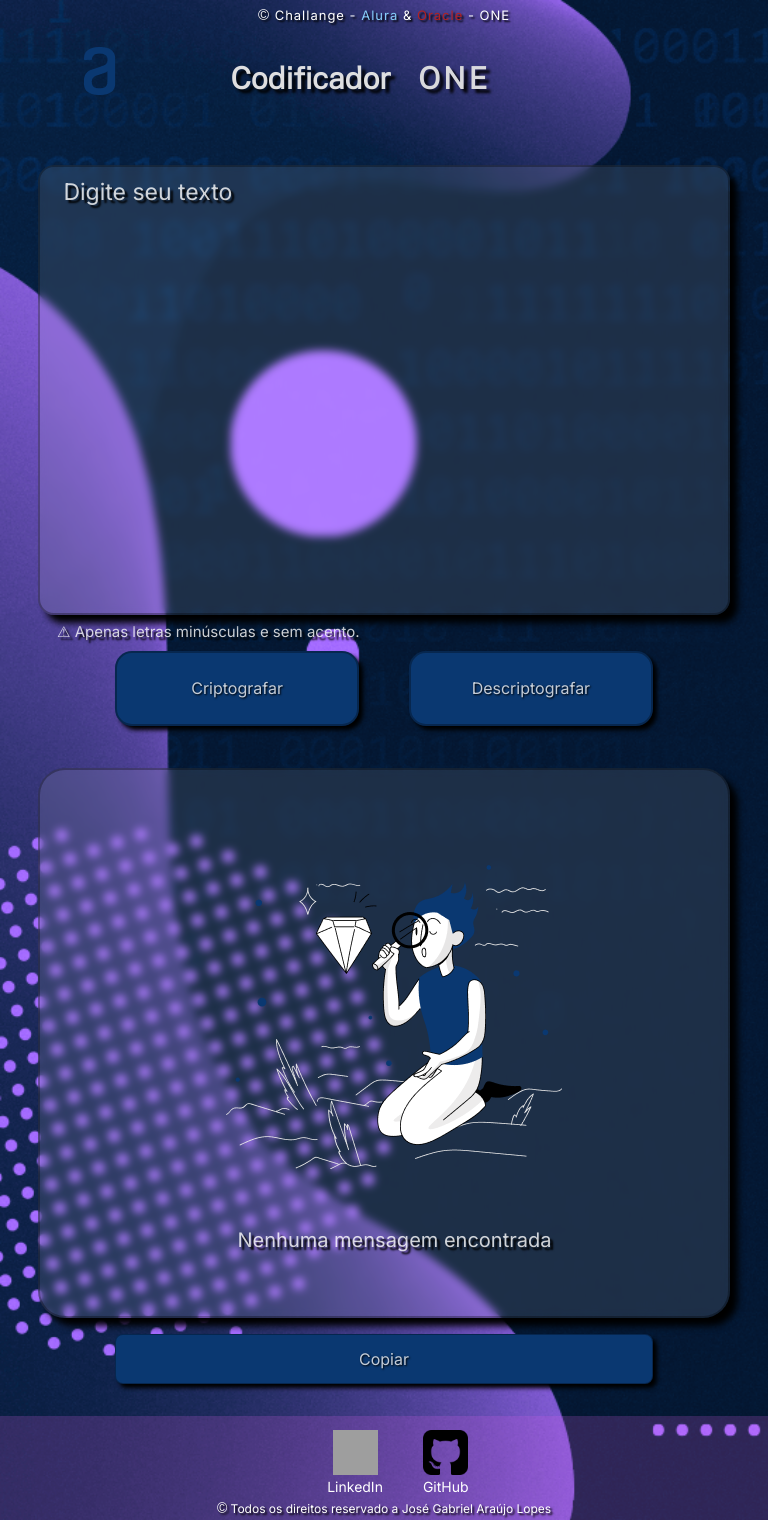
Repository: GabbrielLopes/Decodificador-ONE-Challange-Alura
Page: index.html
An editor plug-in stored every save of this project. The page is shown before and after a run of saves, followed by the edit.
The browser window is 768 px wide. The pictures show the whole page.
Pictures or frames that could not be fetched are drawn as grey boxes.

Above is the page before, as saved 2022-05-11 23:24:45.

After the next 2 saves:
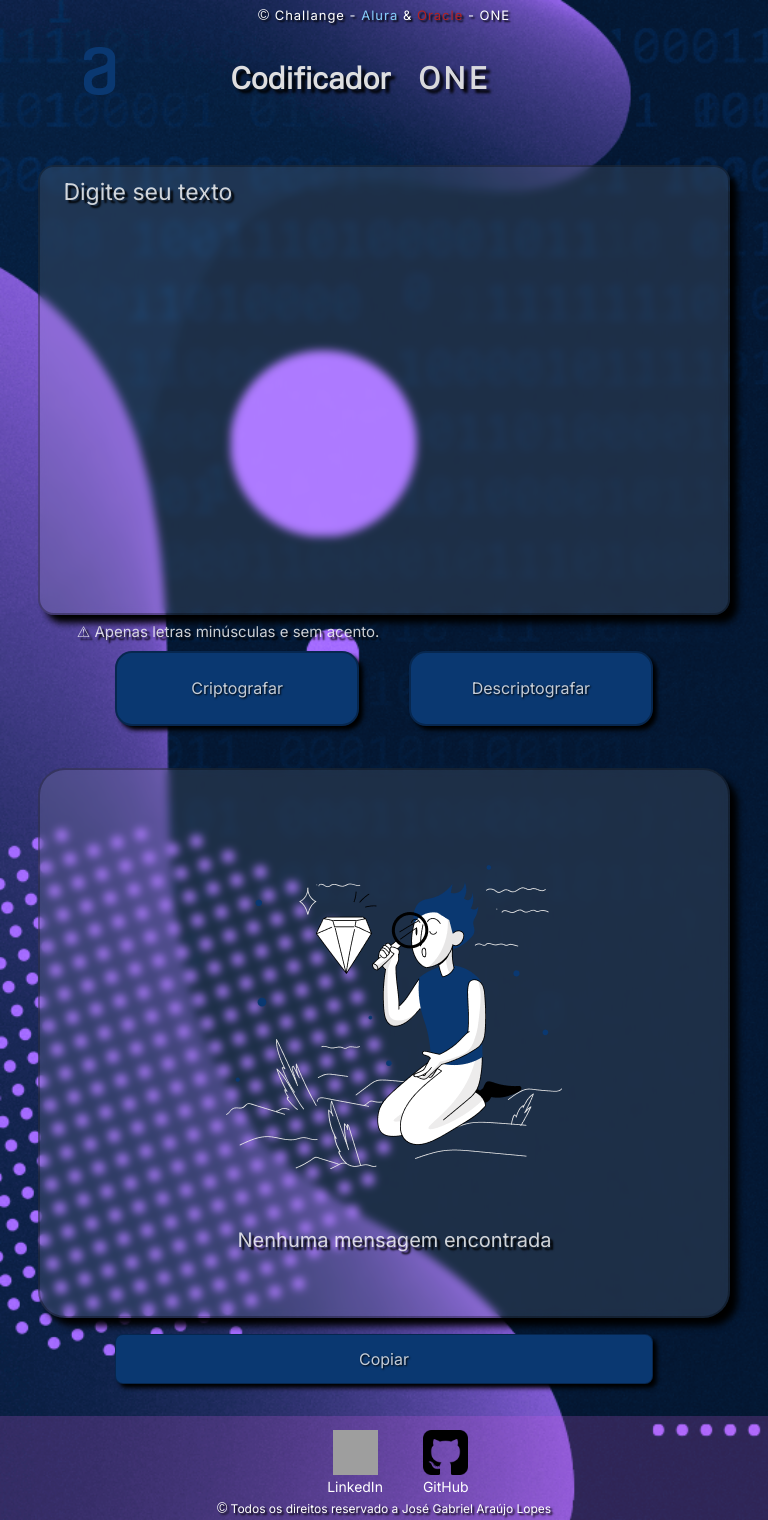
The 2 saves are shown as one change because they came seconds apart.
The last was saved 53 s later.
--- a/css/media.css
+++ b/css/media.css
@@ -26,7 +26,7 @@
     }
 
     .informacao {
-        margin-left: 57px;
+        margin-left: 10%;
     }
 
     .botoes {
